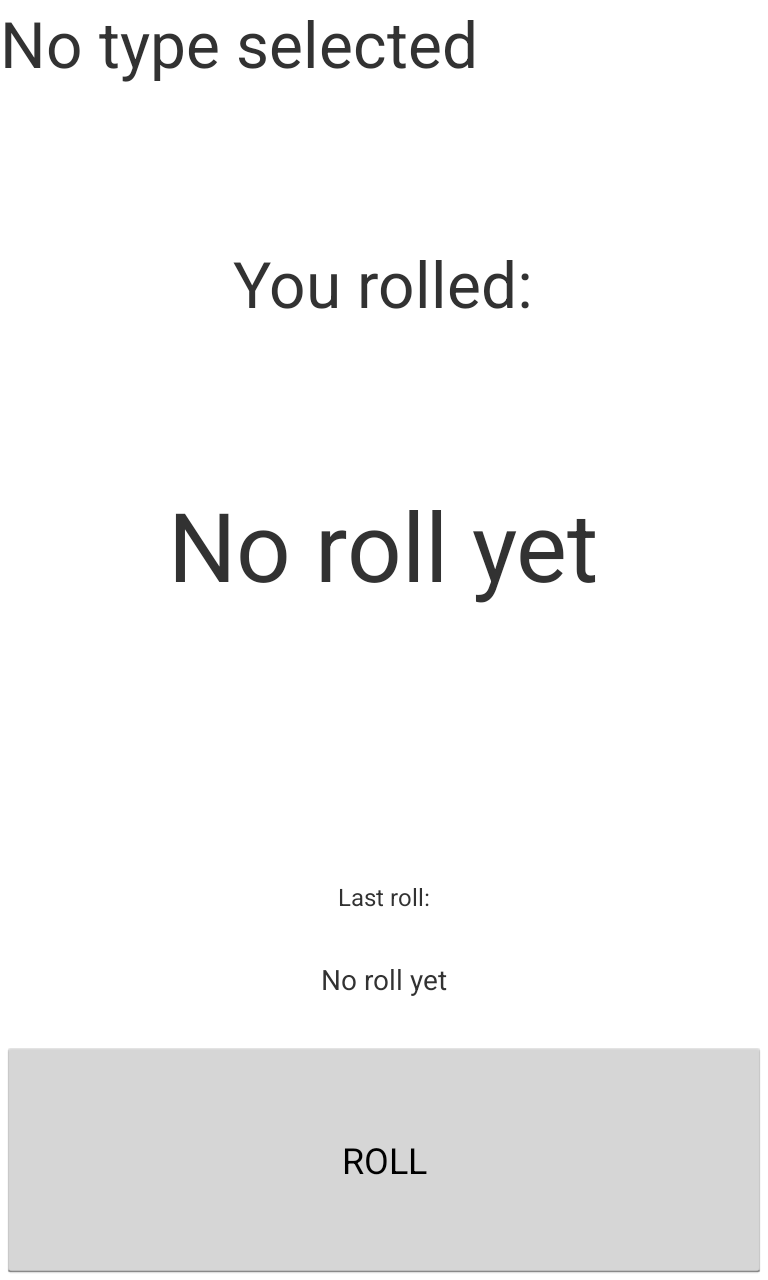
Repository: Bjodol/Roller
Layout: Roller/res/layout/dice_thrower.xml
An editor plug-in stored every save of this project. The layout is shown before and after the next save, followed by the edit.
It is drawn on a 768 x 1280 px phone screen (xhdpi) without system bars, with theme AppTheme; the app's code is not run. The app's manifest (not shown) leaves right-to-left support off. So textAlignment, textDirection and layoutDirection are ignored, and left and right values win over start and end ones.

Above is the layout before, as saved 2013-08-29 10:35:25.

After the next save:
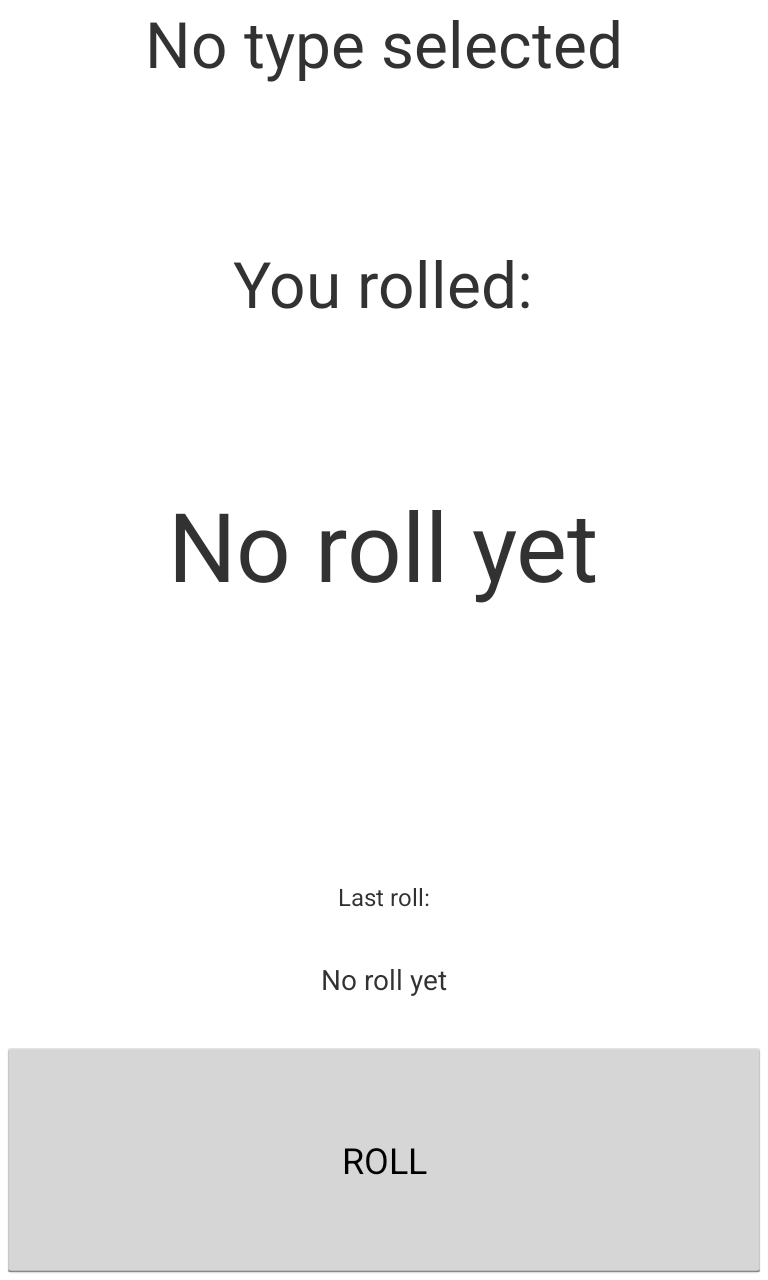
Saved 56 s later.
--- a/Roller/res/layout/dice_thrower.xml
+++ b/Roller/res/layout/dice_thrower.xml
@@ -8,11 +8,11 @@
         android:id="@+id/dice_type"
         android:layout_width="wrap_content"
         android:layout_height="0dp"
+        android:layout_gravity="center_horizontal"
         android:layout_weight="3"
         android:text="@string/noDiceType"
         android:textAlignment="center"
-        android:textSize="32sp"
-        />
+        android:textSize="32sp" />
 
     <TextView
         android:layout_width="wrap_content"
